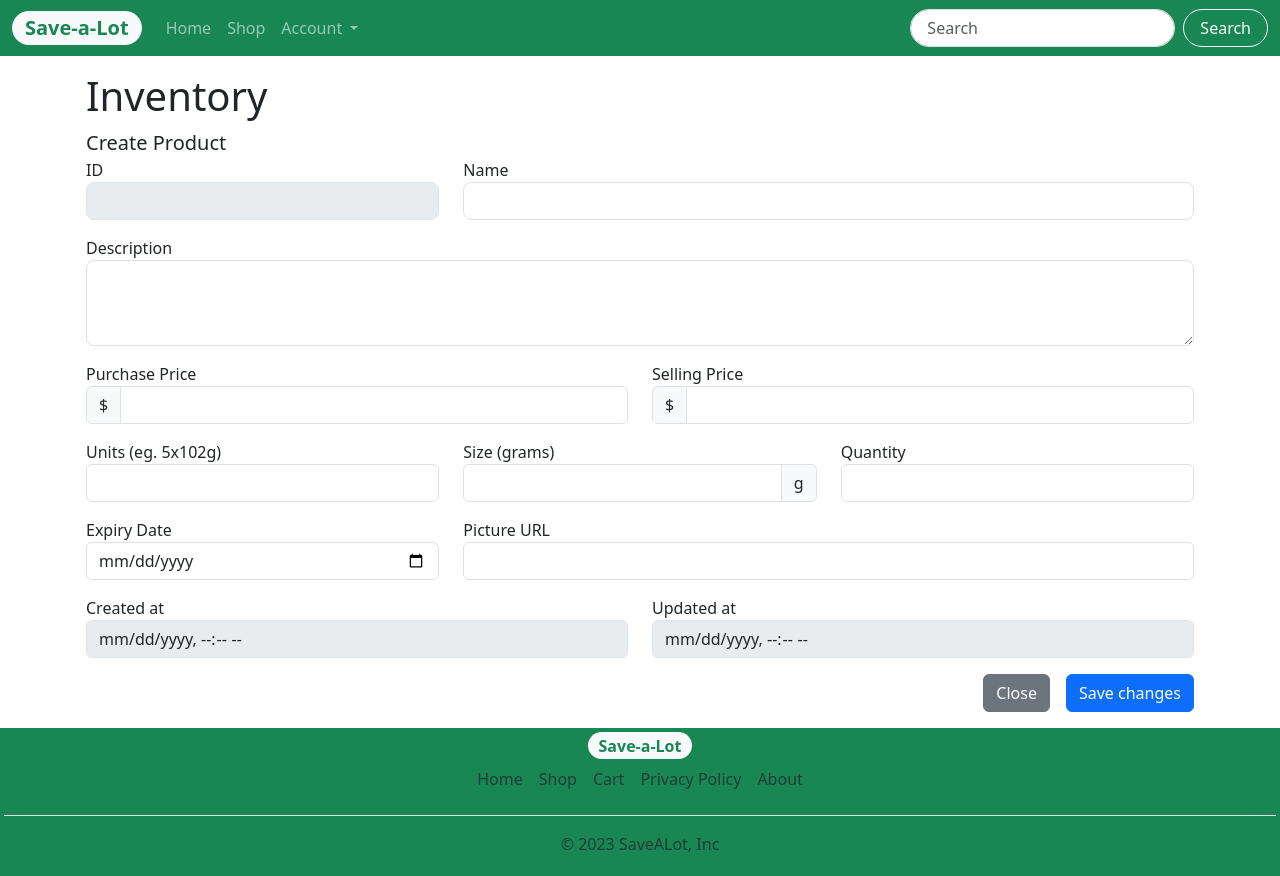
Repository: bill071194/savealot
Page: http://localhost/inventory/create
The author's editor kept a record of every edit. The page is drawn from the files as they stood at one moment, then again after the next edit.
The browser window is 1280 px wide. The pictures show the whole page.
The page is served by the project's Laravel application, run on PHP 8.4 with Laravel 10.

Above is the page before.

After the next edit:
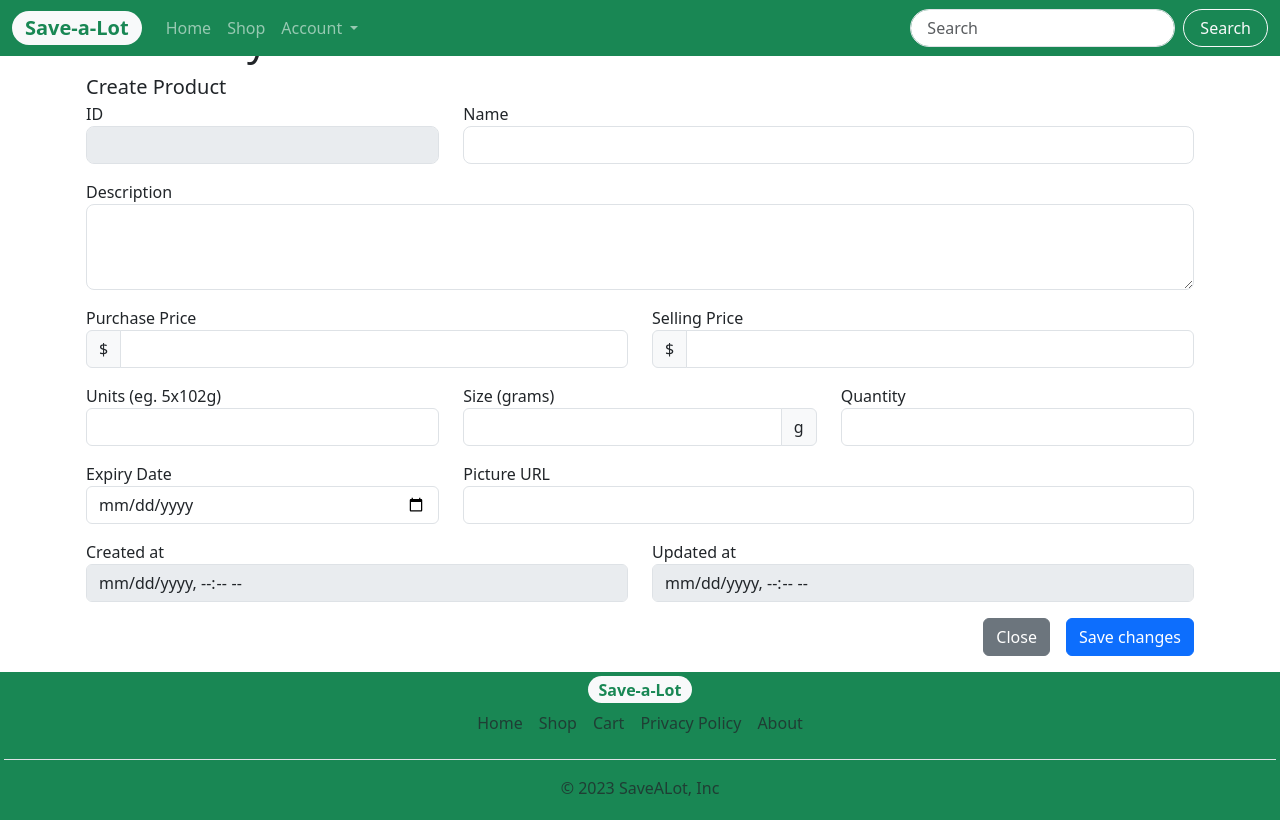
The edit:
--- a/savealot/resources/views/layouts/base2.blade.php
+++ b/savealot/resources/views/layouts/base2.blade.php
@@ -12,7 +12,7 @@
 	<script src="https://cdn.jsdelivr.net/npm/bootstrap@5.3.0-alpha1/dist/js/bootstrap.bundle.min.js"></script>
 </head>
 <body class="min-vh-100 d-flex flex-column">
-	<nav class="navbar navbar-expand-sm navbar-dark bg-success">
+	<nav class="navbar navbar-expand-sm navbar-dark bg-success fixed-top">
 		<div class="container-fluid align-middle">
 			<a class="navbar-brand badge text-bg-light text-success fs-5 rounded-5" href="../index">Save-a-Lot</a>
 			<button class="navbar-toggler" type="button" data-bs-toggle="collapse" data-bs-target="#navbarSupportedContent" aria-controls="navbarSupportedContent" aria-expanded="false" aria-label="Toggle navigation">
